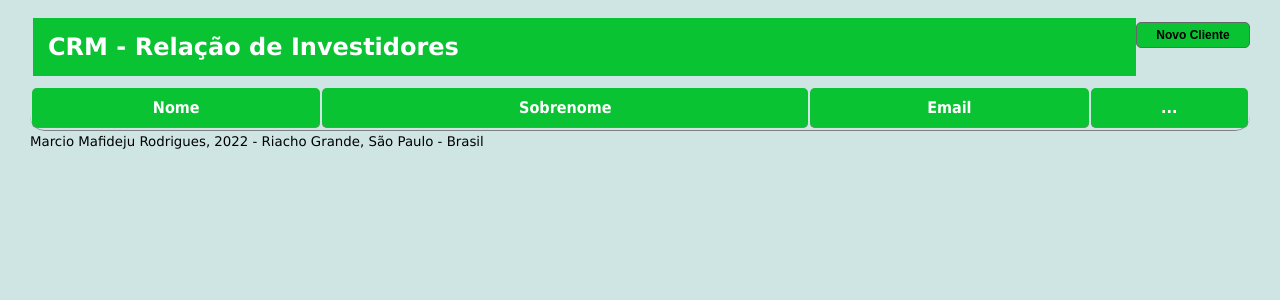
Repository: mafideju/CustomerTracker
Page: http://localhost/web-customer-tracker/WEB-INF/view/list-customers.jsp
An editor plug-in stored every save of this project. The page is shown before and after the next save, followed by the edit.
The browser window is 1280 px wide. The pictures show the whole page.
The page is served by Tomcat 9. Nobody is signed in. Other server files are loaded and not shown. The template is opened directly, without the code that normally fills it, so the values that code supplies are empty.

Above is the page before, as saved 2022-01-27 16:01:23.

### web-customer-tracker/WebContent/WEB-INF/view/list-customers.jsp
<%@ taglib uri="http://java.sun.com/jsp/jstl/core" prefix="c" %>
<%@ taglib prefix="form" uri="http://www.springframework.org/tags/form" %>

<!DOCTYPE html>
<html>
	<head>
		<title>Lista de Investidores</title>
		<link type="text/css" rel="stylesheet" href="${pageContext.request.contextPath}/resources/css/style.css">
	</head>

	<body>
		<main>

			<div id="wrapper"  style="display: flex; justify-content: center; align-items: center;">
				<div id="header">
					<h2>CRM - Relação de Investidores</h2>
				</div>
				<input type="button"
					value="Novo Cliente"
					onclick="window.location.href='showAddForm'; return false;"
					class="add-button" />
			</div>

			<div id="container">
				<div id="content">



					<table>
						<tr>
							<th>Nome</th>
							<th>Sobrenome</th>
							<th>Email</th>
							<th>...</th>
						</tr>

						<c:forEach var="customer" items="${customers}">
							<c:url var="updateLink" value="/customer/showUpdateForm">
								<c:param name="customerId" value="${customer.id}" />
							</c:url>
							<c:url var="deleteLink" value="/customer/delete">
								<c:param name="customerId" value="${customer.id}" />
							</c:url>
							<tr>
								<td>${customer.firstName}</td>
								<td>${customer.lastName}</td>
								<td>${customer.email}</td>
								<td><a href="${updateLink}">Atualizar</a> | <a href="${deleteLink}" onclick="if(!(confirm('Quer deletar mesmo esse cliente?')))return false;">Delete</a></td>
							</tr>
						</c:forEach>

					</table>
				</div>
			</div>

		</main>
		<footer>
			<small>Marcio Mafideju Rodrigues, 2022 - Riacho Grande, São Paulo - Brasil</small>
		</footer>
	</body>
</html>

### web-customer-tracker/WebContent/resources/css/style.css
html, body{
	margin-left:15px;
	margin-right:15px;
	padding:0px;
	font-family:Verdana, Arial, Helvetica, sans-serif;
	background-color: #cee5e4;
}

table {
	border-radius: 15px;
	border-bottom:1px solid gray;
	font-family: Tahoma,Verdana,Segoe,sans-serif;
	width:100%;
}

th {
	border-bottom:1px solid gray;
	background:none repeat scroll 0 0 #09c332;
	padding:10px;
	color: #FFFFFF;
	border-radius: 5px;
}

tr {
	border-top:1px solid gray;
	text-align:center;
}

tr:nth-child(even) {background: #FFFFFF;}
tr:nth-child(odd) {background: #BBBBBB;}

.add-button {
	border: 1px solid #666;
	border-radius: 5px;
	padding: 4px;
	font-size: 12px;
	font-weight: bold;
	width: 120px;
	padding: 5px 10px;
	margin-bottom: 15px;
	background: #09c332;
}

#wrapper {
	width: 100%;
	margin-top: 0px;
}

#header {
	width: 95%;
	background: #09c332;
	margin-left: 3px;
	margin-top: 10px;
	padding:15px 0px 15px 15px;
}

#header h2 {
	width: 100%;
	margin:auto;
	color: #FFFFFF;
}

#container {
	width: 100%;
	margin: auto
}

#container h3 {
	color: #000;
}

#container #content {
	margin-top: 10px;
}

After the next save:
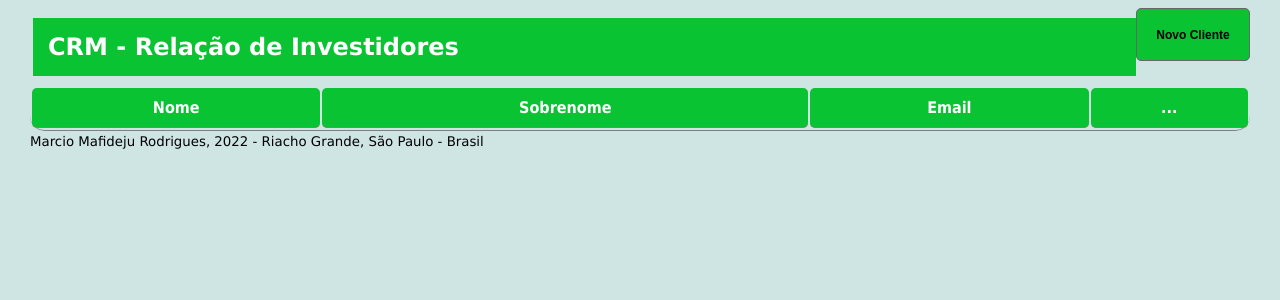
Saved 14 s later.
--- a/web-customer-tracker/WebContent/WEB-INF/view/list-customers.jsp
+++ b/web-customer-tracker/WebContent/WEB-INF/view/list-customers.jsp
@@ -11,7 +11,7 @@
 	<body>
 		<main>
 
-			<div id="wrapper"  style="display: flex; justify-content: center; align-items: center;">
+			<div id="wrapper"  style="display: flex; justify-content: center;">
 				<div id="header">
 					<h2>CRM - Relação de Investidores</h2>
 				</div>
